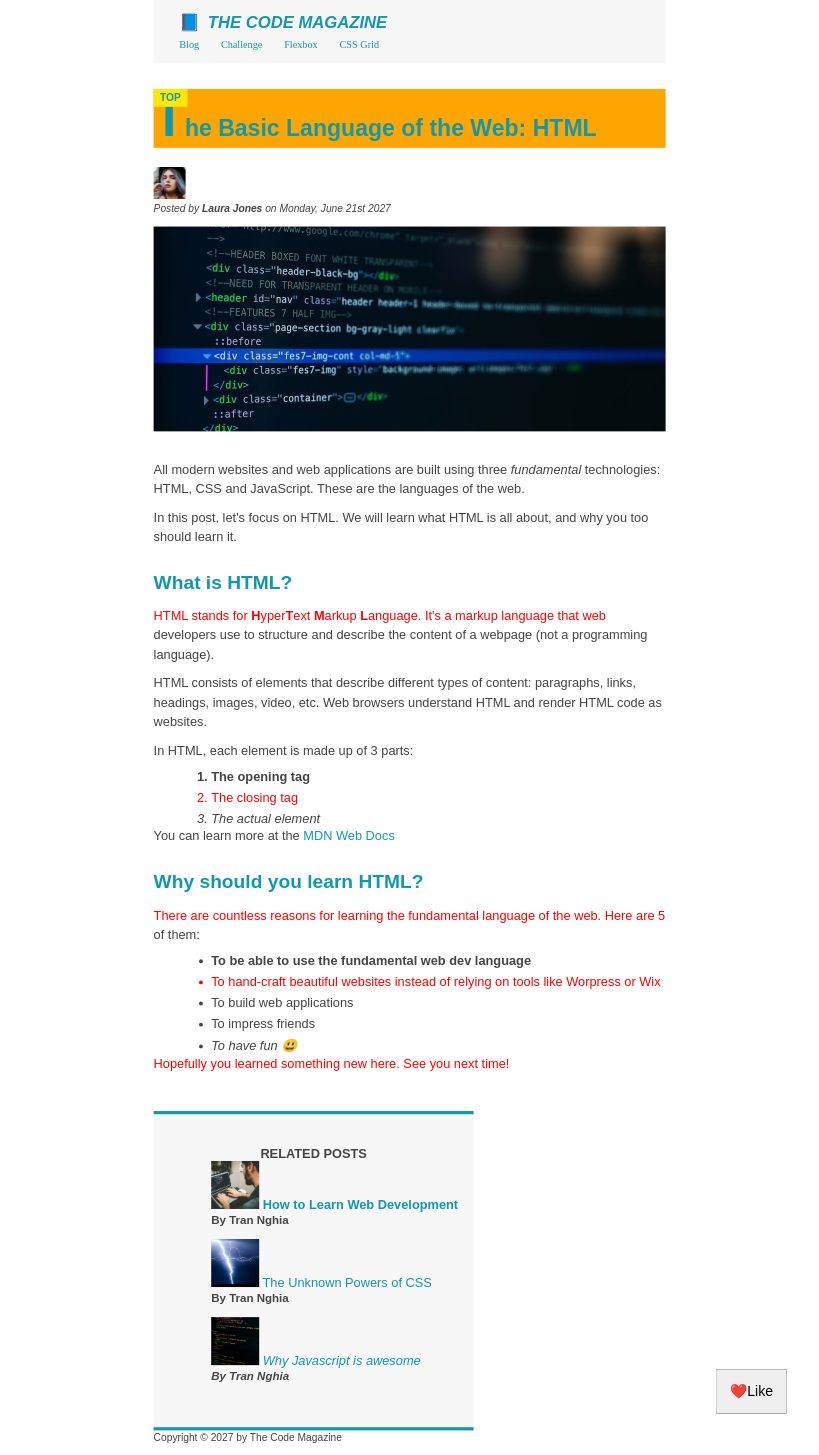
Repository: nghiakma/HTML-CSS-Fundamental
Page: HTML/index.html
The author's editor kept a copy of each file at every save. The page is drawn from the files as they stood at one save, then again after the next save.
The browser window is 1280 px wide. The pictures show the whole page, at 64% of full size.

Above is the page before, as saved 2023-08-22 13:06:06.

### HTML/index.html
<!DOCTYPE html>
<html lang="en">

<head>
  <meta charset="UTF-8">
  <meta name="viewport" content="width=device-width, initial-scale=1.0">
  <title>The Basic Language of the web: HTML</title>
  <link rel="stylesheet" href="/CSS/index.css">
</head>

<body>

  <div class="container">
    <header class="main-header">
      <h1>📘 The Code Magazine</h1>
      <nav>
        <a href="#">Blog</a>
        <a href="#">Challenge</a>
        <a href="#">Flexbox</a>
        <a href="#">CSS Grid</a>
      </nav>
    </header>

    <article>
      <header class="post-header">
        <h2>The Basic Language of the Web: HTML</h2>
        <img src="./laura-jones.jpg" alt="Headshot of Laura Jones" height="50" width="50">
        <p id="author">Posted by <strong>Laura Jones</strong> on Monday, June 21st 2027</p>
        <img class="post-img" src="./post-img.jpg" alt="HTML code on a screen" width="500" height="200">
      </header>
      <p>
        All modern websites and web applications are built using three <em>fundamental</em> technologies: HTML, CSS and
        JavaScript.
        These are the languages of the web.
      </p>
      <p>
        In this post, let's focus on HTML. We will learn what HTML is all about, and why you too should learn it.
      </p>
      <h3>What is HTML?</h3>
      <p>
        HTML stands for <strong>H</strong>yper<strong>T</strong>ext <strong>M</strong>arkup <strong>L</strong>anguage.
        It's
        a markup language that web developers use to structure and describe
        the content of a webpage (not a programming language).
      </p>
      <p>
        HTML consists of elements that describe different types of content: paragraphs, links, headings, images, video,
        etc.
        Web browsers understand HTML and render HTML code as websites.
      </p>
      <p>In HTML, each element is made up of 3 parts:</p>
      <ol>
        <li>The opening tag</li>
        <li>The closing tag</li>
        <li>The actual element</li>
      </ol>
      <p>You can learn more at the <a href="https://developer.mozilla.org/en-US/docs/Web/HTML" target="_blank">MDN Web
          Docs</a></p>
      <h3>Why should you learn HTML?</h3>
      <p>There are countless reasons for learning the fundamental language of the web. Here are 5 of them:</p>
      <ul>
        <li>To be able to use the fundamental web dev language</li>
        <li>To hand-craft beautiful websites instead of relying on tools like Worpress or Wix</li>
        <li>To build web applications</li>
        <li>To impress friends</li>
        <li>To have fun 😃</li>
      </ul>
      <p>Hopefully you learned something new here. See you next time!</p>
    </article>

    <!--Thuong duoc su dung de bo sung thong tin cho trang chinh
  Xác định nội dung nằm bên cạnh nội dung của trang-->
    <aside>
      <h4>Related posts</h4>

      <ul class="related">
        <li>
          <img src="./related-1.jpg" alt="Person programming" width="75" height="75">
          <a href="#">How to Learn Web Development</a>
          <p class="related-author">By Tran Nghia</p>
        </li>
        <li>
          <img src="./related-2.jpg" alt="Powers" width="75" height="75">
          <a href="#">The Unknown Powers of CSS</a>
          <p class="related-author">By Tran Nghia</p>
        </li>
        <li>
          <img src="./related-3.jpg" alt="Javascript" width="75" height="75">
          <a href="#">Why Javascript is awesome</a>
          <p class="related-author">By Tran Nghia</p>
        </li>
      </ul>
    </aside>

    <footer>
      <p id="copyright">Copyright &copy; 2027 by The Code Magazine</p>
    </footer>
  </div>

  <button>❤️Like</button>
</body>

</html>

### CSS/index.css
* {
  box-sizing: border-box;
  margin: 0;
}
body {
  position: relative;
}
h1,
h2,
h3,
h4,
p,
li {
  font-family: sans-serif;
  color: #444;
}
h1,
h2,
h3 {
  color: #1098ad;
}
h1 {
  font-size: 26px;
  text-transform: uppercase;
  font-style: italic;
}
h1::first-letter {
  font-style: normal;
  margin-right: 5px;
}
h2::after {
  content: "TOP";
  background-color: #ffe70c;
  font-size: 16px;
  font-weight: bold;
  display: inline-block;
  padding: 5px 10px;
  position: absolute;
  top: 0;
  left: 0;
}
h2 {
  font-size: 36px;
  margin-bottom: 30px;
  background-color: orange;
  position: relative;
}
h2::first-letter {
  font-size: 80px;
}
h3 {
  font-size: 30px;
  margin-bottom: 20px;
  margin-top: 40px;
}
h4 {
  font-size: 20px;
  text-transform: uppercase;
  text-align: center;
}
p {
  font-size: 20px;
  line-height: 1.5;
  margin-bottom: 15px;
}
/*Lay thang lien ke h3*/
h3 + p::first-line {
  color: red;
}
ul,
ol {
  margin-left: 50px;
}
li {
  font-size: 20px;
  margin-bottom: 10px;
}
li:last-child {
  margin-bottom: 0;
}
/* footer p {
  font-size: 16px;
} */
/* article header p {
  font-style: italic;
} */

#author {
  font-style: italic;
  font-size: 16px;
}
#copyright {
  font-size: 16px;
}
.related-author {
  font-size: 18px;
  font-weight: bold;
}
.related {
  list-style: none;
}
/*Le trai va phai giong nhau: tinh toan tu dong boi trinh duyet*/
.container {
  width: 800px;
  /* margin-left: auto;
  margin-right: auto; */
  margin: 0 auto;
}
.main-header {
  background-color: #f7f7f7;
  /* padding: 20px;
  padding-left: 20px;
  padding-right: 40px; */
  padding: 20px 40px;
  margin-bottom: 40px;
}
article {
  margin-bottom: 60px;
}
.post-header {
  margin-bottom: 40px;
}
/*dung height: auto ; dua ti le khung hinh ve nhu ban dau*/
.post-img {
  width: 100%;
  height: auto;
}
aside {
  background-color: #f7f7f7;
  border-top: 5px solid #1098ad;
  border-bottom: 5px solid #1098ad;
  padding: 50px 0;
  width: 500px;
}
li:first-child {
  font-weight: bold;
}
li:last-child {
  font-style: italic;
}
li:nth-child(2) {
  color: red;
}
article p:last-child {
  color: red;
}
a:link {
  color: #1098ad;
  text-decoration: none;
}
a:visited {
  color: #1098ad;
}
a:hover {
  color: orangered;
  font-weight: bold;
  text-decoration: underline orangered;
}
a:active {
  background-color: black;
  font-style: italic;
}
nav a:link {
  /* background-color: orangered;
  margin: 20px;
  padding: 20px;
  display: block; */
  margin-right: 30px;
  margin-top: 10px;
  display: inline-block;
}
button {
  font-size: 22px;
  padding: 20px;
  cursor: pointer;
  position: absolute;
  /* top: 0;
  left: 0; */
  /* bottom: 0;
  left: 0; */
  /* top: 50px;
  left: 50px; */
  bottom: 50px;
  right: 50px;
}

After the next save:
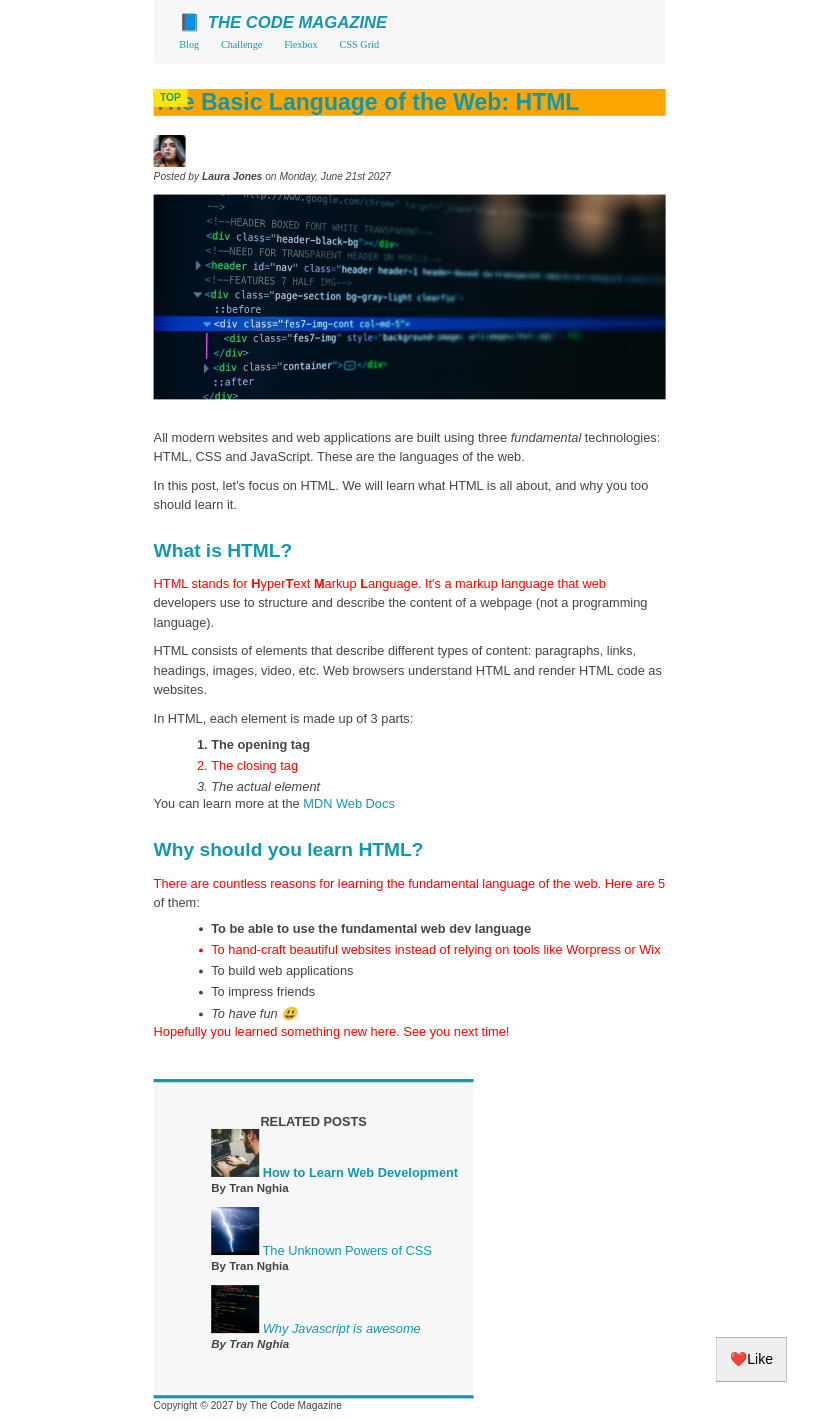
Saved 18 s later.
--- a/CSS/index.css
+++ b/CSS/index.css
@@ -46,7 +46,7 @@ h2 {
   position: relative;
 }
 h2::first-letter {
-  font-size: 80px;
+  /* font-size: 80px; */
 }
 h3 {
   font-size: 30px;
